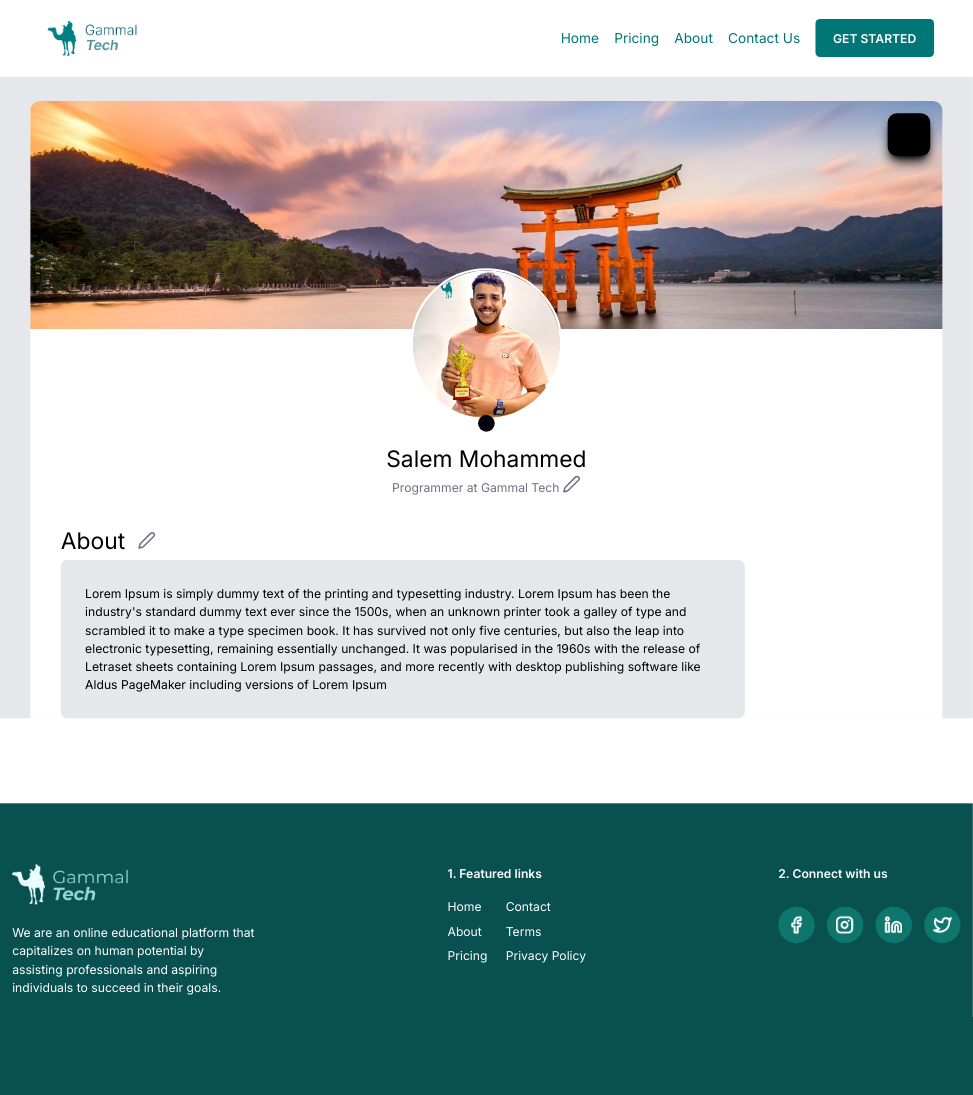
Repository: Ahmed77669/Internship-test
Page: /profile
These files come from the project's save history. The page is drawn as it stood at one moment and after the next save; the edit follows.
The browser window is 1280 px wide. The pictures show the whole page, at 76% of full size.
The page's requests for data from a server got no answer. The project was rebuilt for these pictures with package versions that can differ from the ones it lists, and the page was loaded fresh each time. The framework's server and built-in components were replaced by stand-ins that run in the browser. No one was signed in, and anything a server would have sent is missing. Also part of the build but not shown: next.config.mjs, components/Header/NavBarAuth.tsx.

Above is the page before, as saved 2024-10-25 18:57:29.

### app/layout.tsx
import type { Metadata } from "next";
import localFont from "next/font/local";
import "@/app/styles/globals.css";
import NavBarHome from "@/components/Header/Navbar";
import NavBarAuth from "@/components/Header/NavBarAuth";
import { Inter } from "next/font/google";
import Footer from "@/components/Footer/Footer";
import { cookies } from "next/headers";

const inter = Inter({
  subsets: ["latin"],
});
const geistSans = localFont({
  src: "./fonts/GeistVF.woff",
  variable: "--font-geist-sans",
  weight: "100 900",
});
const geistMono = localFont({
  src: "./fonts/GeistMonoVF.woff",
  variable: "--font-geist-mono",
  weight: "100 900",
});

export const metadata: Metadata = {
  title: "Gammal Tech Exam",
  description: "Generated by create next app",
};

export default function RootLayout({
  children,
}: Readonly<{
  children: React.ReactNode;
}>) {
  const cookieStore = cookies();
  const isAuthenticated = cookieStore.get("isAuthenticated")?.value === "true";
  return (
    <html lang="en">
      <body
        className={`${geistSans.variable} ${geistMono.variable} antialiased ${inter.className}`}
      >
        {isAuthenticated ? <NavBarAuth /> : <NavBarHome />}
        {children}
        <Footer />
      </body>
    </html>
  );
}

### app/profile/page.tsx
import React from 'react'
import Profile from '@/components/Profile/Profile'
const profile = () => {
  return (
    <Profile />
  )
}

export default profile

### app/styles/globals.css
@tailwind base;
@tailwind components;
@tailwind utilities;

:root {
  --background: #ffffff;
  /* --foreground: #171717; */
}

@media (prefers-color-scheme: dark) {
  :root {
    /* --background: #0a0a0a; */
    --foreground: #ededed;
  }
}

body {
  color: var(--foreground);
  background: var(--background);
  font-family: Arial, Helvetica, sans-serif;
}

@layer utilities {
  .text-balance {
    text-wrap: balance;
  }
}

### components/Header/Navbar.tsx
"use client";
import React, { useEffect, useState } from "react";
import GT_logo from "@/public/gammalTech-logos/Component 6.png";
import Link from "next/link";
import Image from "next/image";
import { Menu } from "lucide-react";
import { X } from "lucide-react";
import { AnimatePresence, motion } from "framer-motion";

export default function NavBarHome() {
  const [isMenuOpen, setIsMenuOpen] = useState(false);
  const toggleMenu = () => {
    setIsMenuOpen((prev) => !prev);
  };

  useEffect(() => {
    const handleResize = () => {
      if (window.innerWidth > 1024) {
        setIsMenuOpen(false);
      }
    };

    window.addEventListener("resize", handleResize);
    return () => {
      window.removeEventListener("resize", handleResize);
    };
  }, []);

  return (
    <div className={`py-5 container mx-auto w-[92%]`}>
      <nav className="relative">
        <ul className="flex justify-between items-center">
          <li className="min-w-[152px]">
            <Link href="/">
              <Image
                src={GT_logo}
                alt="Gammal Tech Logo"
                width={130}
                className="cursor-pointer"
              />
            </Link>
          </li>
          <div className="hidden md:flex space-x-5">
            <Link
              href="/"
              className="text-[#007676] text-[18px] font-normal flex items-center"
            >
              Home
            </Link>
            <Link
              href="/pricing"
              className="text-[#007676] text-[18px] font-normal flex items-center"
            >
              Pricing
            </Link>
            <Link
              href="https://www.gammal.tech/"
              className="text-[#007676] text-[18px] font-normal flex items-center"
            >
              About
            </Link>
            <Link
              href="#"
              className="text-[#007676] text-[18px] font-normal flex items-center"
            >
              Contact Us
            </Link>
            <Link href="/signup">
              <button className="bg-[#007676] text-white rounded-md w-[156px] h-[50px] text-[16px] font-semibold  py-1 px-3 transition-all duration-300 ease-in-out hover:bg-[#005555] hover:shadow-lg">
                GET STARTED
              </button>
            </Link>
          </div>
          <div className="md:hidden flex items-center">
            <button
              onClick={toggleMenu}
              className="text-[#007676] focus:outline-none"
            >
              {isMenuOpen ? null : (
                <Menu size={40} color="#007676" strokeWidth={2} />
              )}
            </button>
          </div>
        </ul>

        <AnimatePresence>
          {isMenuOpen && (
            <motion.div
              initial={{ opacity: 0, y: -100 }}
              animate={{ opacity: 1, y: 0 }}
              exit={{ opacity: 0, y: -100 }}
              transition={{ duration: 0.5 }}
              className="fixed inset-0 bg-white z-50 overflow-y-auto"
            >
              <div className="flex flex-col items-center justify-center min-h-screen p-4">
                <button
                  onClick={toggleMenu}
                  className="absolute top-4 right-4 text-[#007676]"
                  aria-label="Close menu"
                >
                  <X size={40} color="#007676" strokeWidth={2} />
                </button>
                <nav className="w-full max-w-md">
                  <Link
                    href="/"
                    className="block text-[#007676] text-lg font-semibold hover:bg-[#f0f0f0] transition duration-200 p-3 rounded-lg text-center w-full"
                    onClick={toggleMenu}
                  >
                    Home
                  </Link>
                  <Link
                    href="/pricing"
                    className="block text-[#007676] text-lg font-semibold hover:bg-[#f0f0f0] transition duration-200 p-3 rounded-lg text-center w-full"
                    onClick={toggleMenu}
                  >
                    Pricing
                  </Link>

                  <Link
                    href="/about"
                    className="block text-[#007676] text-lg font-semibold hover:bg-[#f0f0f0] transition duration-200 p-3 rounded-lg text-center w-full"
                    onClick={toggleMenu}
                  >
                    About
                  </Link>
                  <Link
                    href="#"
                    className="block text-[#007676] text-lg font-semibold hover:bg-[#f0f0f0] transition duration-200 p-3 rounded-lg text-center w-full"
                    onClick={toggleMenu}
                  >
                    Contact Us
                  </Link>
                  <Link href="/signup">
                    <button
                      className="mt-4 bg-[#007676] text-white text-lg font-semibold py-2 px-6 rounded-lg hover:bg-[#005c5c] transition duration-200 w-full"
                      onClick={toggleMenu}
                    >
                      GET STARTED
                    </button>
                  </Link>
                </nav>
              </div>
            </motion.div>
          )}
        </AnimatePresence>
      </nav>
    </div>
  );
}

### components/Footer/Footer.tsx
import React from "react";
import Image from "next/image";
import footerLogo from "@/public/gammalTech-logos/footer-logo.png";
import Link from "next/link";
import linkdin from "@/public/socialmediaIcons/linkdin.png";
import facebook from "@/public/socialmediaIcons/Facebook.png";
import instagram from "@/public/socialmediaIcons/Instagram.png";
import twitter from "@/public/socialmediaIcons/Twitter.png";

const Footer = () => {
  return (
    <section className="bg-[#095051] py-20 min-h-96 h-auto">
      <div className="container mx-auto px-4 ">
        <div className="flex justify-between flex-wrap ">
          <div className="mb-10">
            <div className="mb-6">
              <Image src={footerLogo} alt="Gammal Tech Logo" width={152} />
            </div>
            <div className="text-white w-80">
              We are an online educational platform that capitalizes on human
              potential by assisting professionals and aspiring individuals to
              succeed in their goals.
            </div>
          </div>

          <div className="text-white flex flex-col mb-10">
  <p className="font-semibold mb-5">1. Featured links</p>
  <div className="flex justify-between">
    {/* First column of links */}
    <div className="flex flex-col space-y-2 mr-6">
      <Link href="/">Home</Link>
      <Link href="https://www.gammal.tech/">About</Link>
      <Link href="/pricing">Pricing</Link>
    </div>

    {/* Second column of links */}
    <div className="flex flex-col space-y-2">
      <Link href="#">Contact</Link>
      <Link href="#">Terms</Link>
      <Link href="#">Privacy Policy</Link>
    </div>
  </div>
</div>


          <div>
            <p className="text-white font-semibold mb-8">2. Connect with us</p>
            <div className="flex space-x-4">
              <Link
                href="https://www.facebook.com/gammal.tech/?locale=ar_AR"
                passHref
                target="_blank"
              >
                <div className="w-12 h-12 bg-teal-700 rounded-full flex items-center justify-center cursor-pointer">
                  <Image src={facebook} alt="Facebook Logo" />
                </div>
              </Link>
              <Link
                href="https://www.instagram.com/gammal.tech/?hl=ar"
                passHref
                target="_blank"
              >
                <div className="w-12 h-12 bg-teal-700 rounded-full flex items-center justify-center cursor-pointer">
                  <Image src={instagram} alt="Instagram Logo" />
                </div>
              </Link>
              <Link
                href="https://www.linkedin.com/company/gammal-tech/"
                passHref
                target="_blank"
              >
                <div className="w-12 h-12 bg-teal-700 rounded-full flex items-center justify-center cursor-pointer">
                  <Image src={linkdin} alt="LinkedIn Logo" />
                </div>
              </Link>
              <Link
                href="https://x.com/gammaltech?lang=ar"
                passHref
                target="_blank"
              >
                <div className="w-12 h-12 bg-teal-700 rounded-full flex items-center justify-center cursor-pointer">
                  <Image src={twitter} alt="Twitter Logo" />
                </div>
              </Link>
            </div>
          </div>
        </div>
      </div>
    </section>
  );
};

export default Footer;

### components/Profile/Profile.tsx
import React from "react";
import Image from "next/image";
import selectedImage from "@/public/coders photos/coder2.jpg";
import popoo from "@/public/popoo.jpg";
import { Pen, PlusCircle } from "lucide-react";

const Profile = () => {
  return (
    <section className="bg-gray-200 mb-28 ">
      <div className="flex justify-center container mx-auto">
        <div className="w-[1200px]  bg-white rounded-t-xl mt-8">
          <div
            className="w-full h-[300px] mb-5 rounded-t-xl flex justify-end"
            style={{
              backgroundImage: "url('/popoo.jpg')",
              backgroundSize: "cover",
              backgroundPosition: "center",
              backgroundRepeat: "no-repeat",
            }}
          >
<button className="bg-[#000000] w-14 h-14 shadow-black shadow-lg flex items-center justify-center rounded-xl cursor-pointer m-4 transition-all duration-200 active:scale-95 active:rounded-full active:bg-[#000000]">
  <Pen />
</button>

          </div>

          <div className="flex flex-col items-center -mt-[100px] mb-10">
            <Image
              src={selectedImage}
              alt="Profile Avatar"
              width={200}
              height={200}
              style={{
                width: "200px",
                height: "200px",
                borderRadius: "300px",
                objectFit: "cover",
                border: "3px white solid",
              }}
            />
            <PlusCircle className="relative -inset-y-2 fill-gray-950 " />
            <p className="text-black text-3xl mt-2">Salem Mohammed</p>
            <div className="flex">
              <p className="text-gray-500 text-[16px] mt-2 mr-1">
                Programmer at Gammal Tech
              </p>
              <Pen className="text-lg mt-1 text-gray-500 cursor-pointer" />
            </div>
          </div>
          <div className="flex">
            <div className="text-black text-3xl ml-10 mr-4 mb-2">About</div>
            <Pen className="text-lg mt-[6px]  text-gray-500 cursor-pointer" />
          </div>
          <div className="bg-gray-200 p-8 rounded-lg w-3/4 ml-10">
            <p className="text-black">
              Lorem Ipsum is simply dummy text of the printing and typesetting
              industry. Lorem Ipsum has been the industry's standard dummy text
              ever since the 1500s, when an unknown printer took a galley of
              type and scrambled it to make a type specimen book. It has
              survived not only five centuries, but also the leap into
              electronic typesetting, remaining essentially unchanged. It was
              popularised in the 1960s with the release of Letraset sheets
              containing Lorem Ipsum passages, and more recently with desktop
              publishing software like Aldus PageMaker including versions of
              Lorem Ipsum
            </p>
          </div>
        </div>
      </div>
    </section>
  );
};

export default Profile;

### tailwind.config.js
/** @type {import('tailwindcss').Config} */
module.exports = {
  content: [
    './components/**/*.{js,ts,jsx,tsx}',
    './app/**/*.{js,ts,jsx,tsx}',
    './middleware.ts'
  ],
  theme: {
    extend: {},
  },
  plugins: [],
}

After the next save:
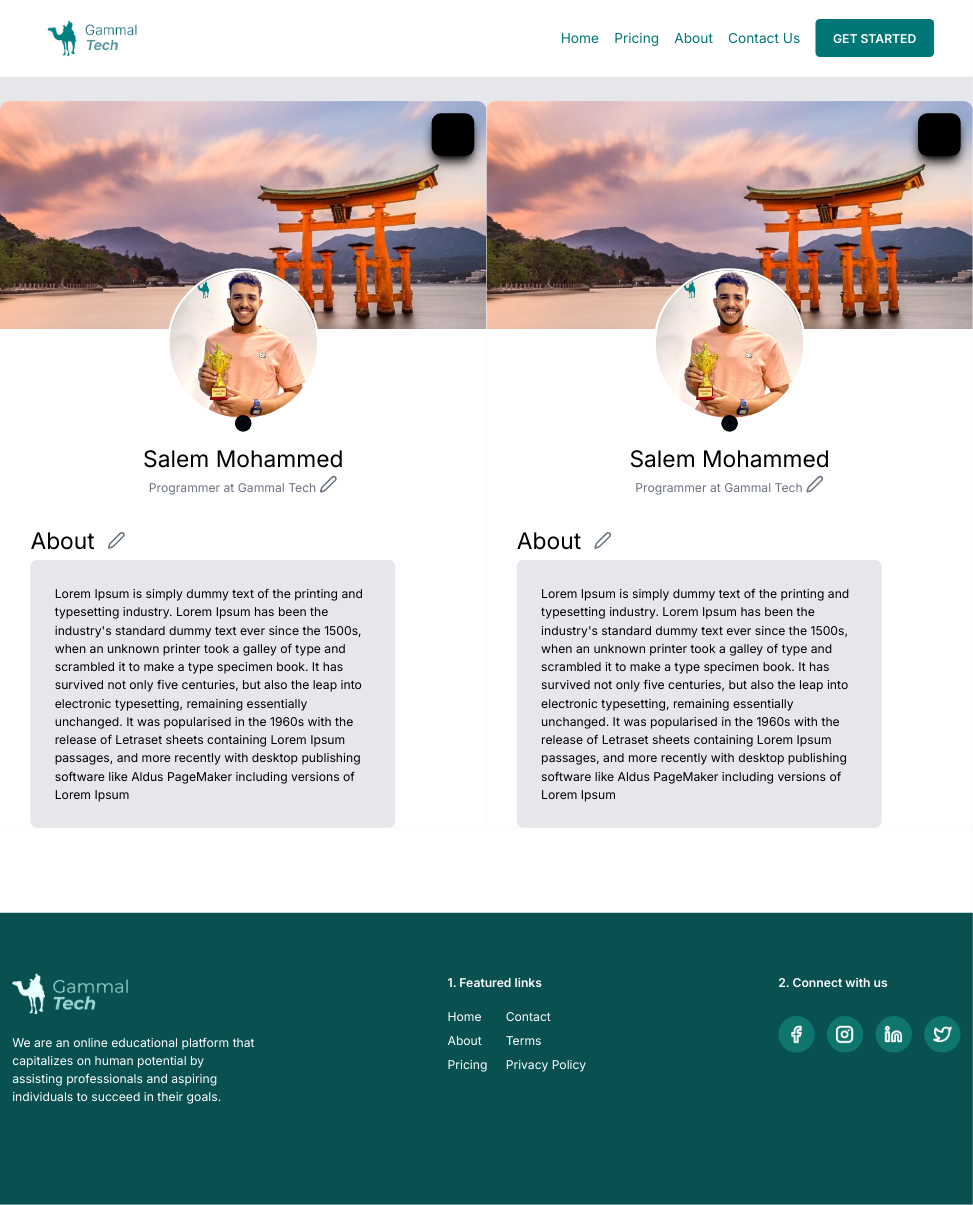
Saved 71 min 54 s later.
--- a/components/Profile/Profile.tsx
+++ b/components/Profile/Profile.tsx
@@ -66,6 +66,64 @@ const Profile = () => {
             </p>
           </div>
         </div>
+        <div className="w-[1200px]  bg-white rounded-t-xl mt-8">
+          <div
+            className="w-full h-[300px] mb-5 rounded-t-xl flex justify-end"
+            style={{
+              backgroundImage: "url('/popoo.jpg')",
+              backgroundSize: "cover",
+              backgroundPosition: "center",
+              backgroundRepeat: "no-repeat",
+            }}
+          >
+<button className="bg-[#000000] w-14 h-14 shadow-black shadow-lg flex items-center justify-center rounded-xl cursor-pointer m-4 transition-all duration-200 active:scale-95 active:rounded-full active:bg-[#000000]">
+  <Pen />
+</button>
+
+          </div>
+
+          <div className="flex flex-col items-center -mt-[100px] mb-10">
+            <Image
+              src={selectedImage}
+              alt="Profile Avatar"
+              width={200}
+              height={200}
+              style={{
+                width: "200px",
+                height: "200px",
+                borderRadius: "300px",
+                objectFit: "cover",
+                border: "3px white solid",
+              }}
+            />
+            <PlusCircle className="relative -inset-y-2 fill-gray-950 " />
+            <p className="text-black text-3xl mt-2">Salem Mohammed</p>
+            <div className="flex">
+              <p className="text-gray-500 text-[16px] mt-2 mr-1">
+                Programmer at Gammal Tech
+              </p>
+              <Pen className="text-lg mt-1 text-gray-500 cursor-pointer" />
+            </div>
+          </div>
+          <div className="flex">
+            <div className="text-black text-3xl ml-10 mr-4 mb-2">About</div>
+            <Pen className="text-lg mt-[6px]  text-gray-500 cursor-pointer" />
+          </div>
+          <div className="bg-gray-200 p-8 rounded-lg w-3/4 ml-10">
+            <p className="text-black">
+              Lorem Ipsum is simply dummy text of the printing and typesetting
+              industry. Lorem Ipsum has been the industry's standard dummy text
+              ever since the 1500s, when an unknown printer took a galley of
+              type and scrambled it to make a type specimen book. It has
+              survived not only five centuries, but also the leap into
+              electronic typesetting, remaining essentially unchanged. It was
+              popularised in the 1960s with the release of Letraset sheets
+              containing Lorem Ipsum passages, and more recently with desktop
+              publishing software like Aldus PageMaker including versions of
+              Lorem Ipsum
+            </p>
+          </div>
+        </div>
       </div>
     </section>
   );
